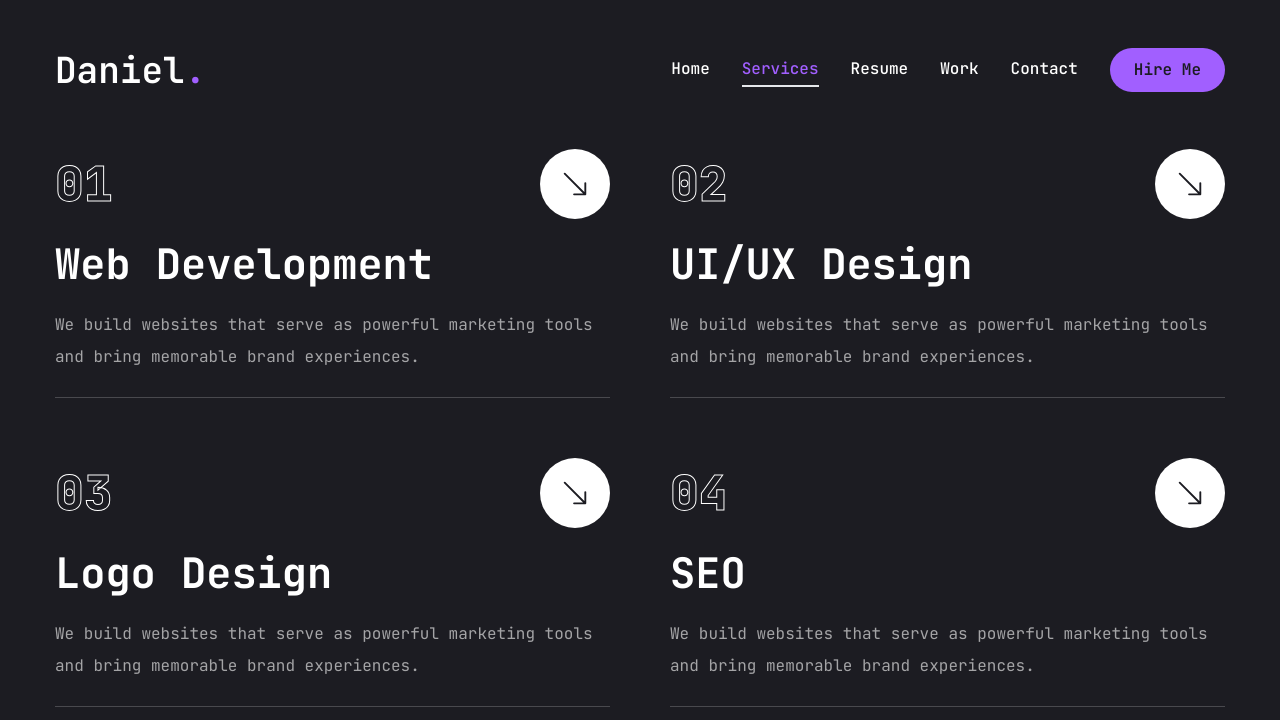
Repository: itsDarkos/Daniel-Portfolio
Page: /services
These files come from the project's save history. The page is drawn as it stood at one moment and after the next save; the edit follows.
The browser window is 1280 px wide. The pictures show the whole page.
The project was rebuilt for these pictures with package versions that can differ from the ones it lists, and the page was loaded fresh each time. The framework's server and built-in components were replaced by stand-ins that run in the browser. Also part of the build but not shown: next.config.mjs.

Above is the page before, as saved 2025-01-04 19:18:23.

After the next save:
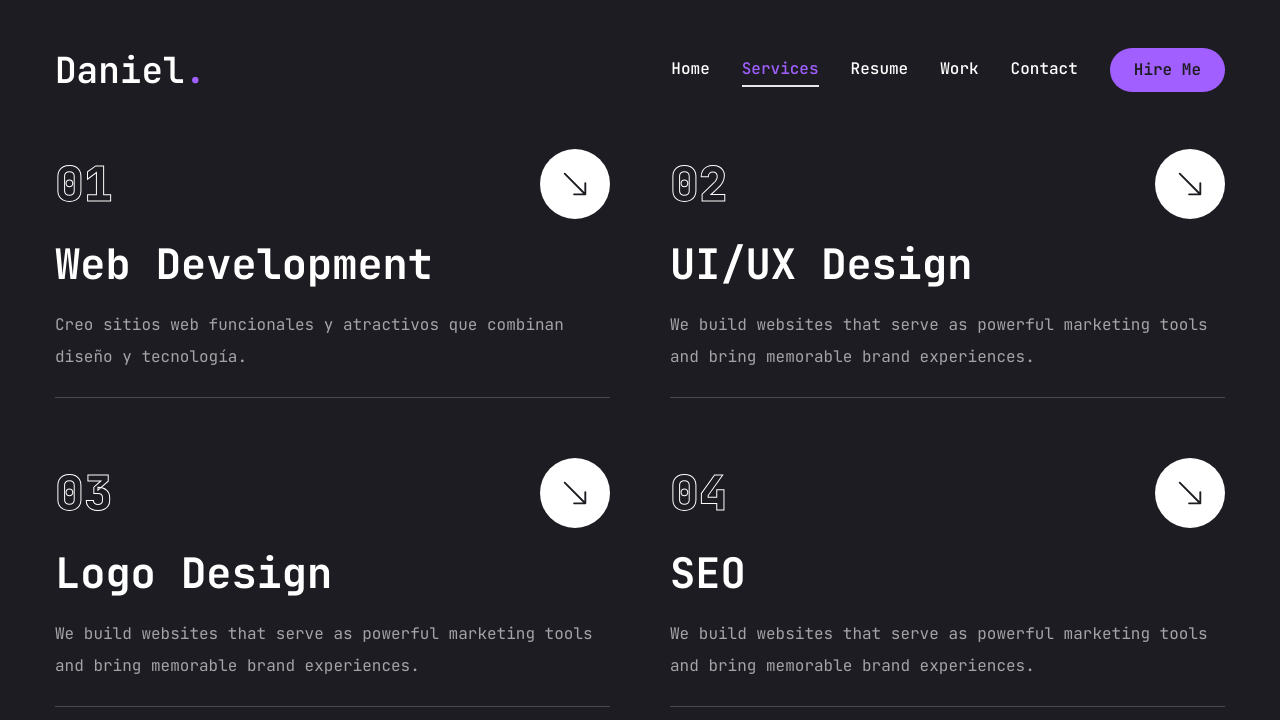
Saved 118 s later.
--- a/app/services/page.jsx
+++ b/app/services/page.jsx
@@ -8,7 +8,7 @@ const services = [
     num: "01",
     title: "Web Development",
     description:
-      "We build websites that serve as powerful marketing tools and bring memorable brand experiences.",
+      "Creo sitios web funcionales y atractivos que combinan diseño y tecnología.",
     href: "",
   },
   {
